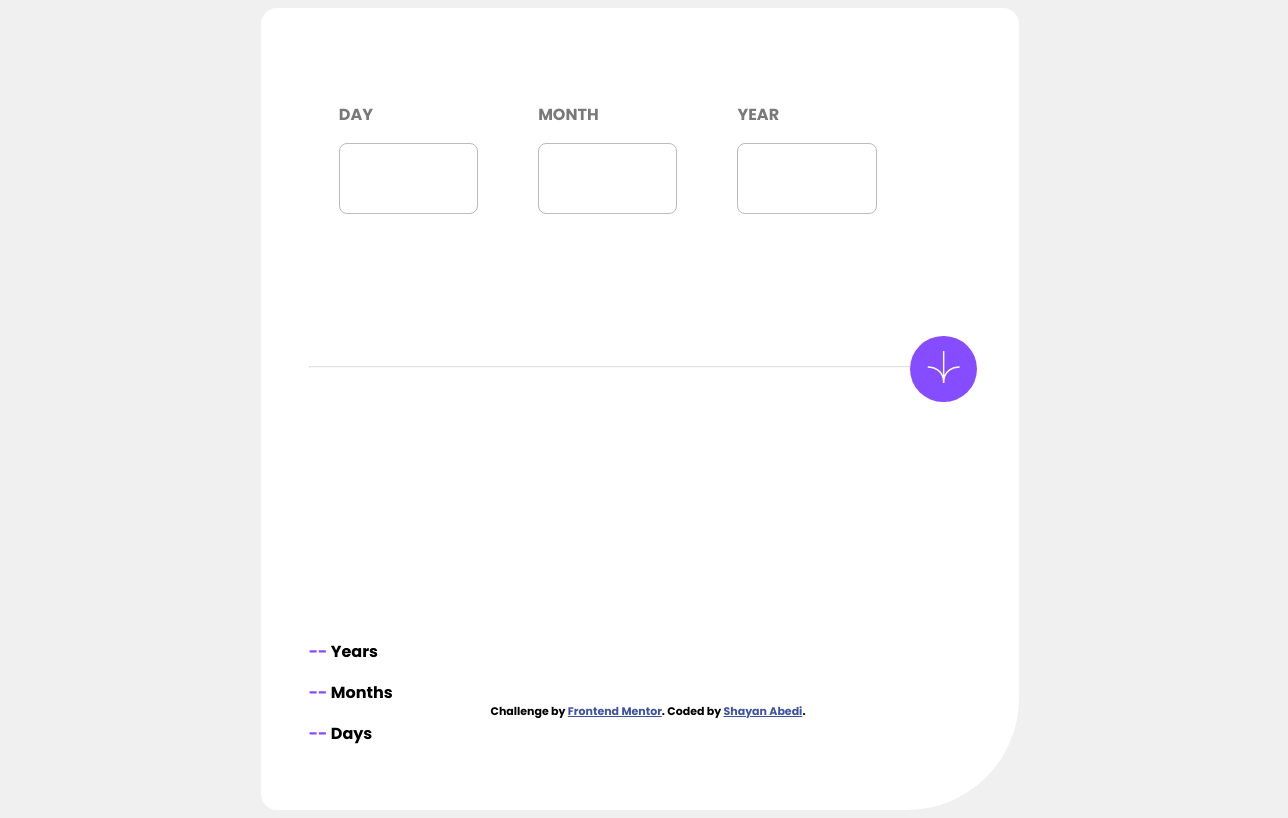
Repository: shayanabedi98/age-calculator
Page: index.html
The author's editor kept a copy of each file at every save. The page is drawn from the files as they stood at one save, then again after the next save.
The browser window is 1280 px wide. The page is 1288 px wide, so the pictures cover 1288 px, including what lies to the right of the window. The pictures show the whole page.

Above is the page before, as saved 2023-09-19 21:06:10.

### index.html
<!DOCTYPE html>
<html lang="en">
<head>
  <meta charset="UTF-8">
  <meta name="viewport" content="width=device-width, initial-scale=1.0">
  <link rel="icon" type="image/png" sizes="32x32" href="./assets/images/favicon-32x32.png">
  <link rel="stylesheet" href="styles.css">
  <title>Frontend Mentor | Age calculator app</title>
</head>
<body>

  <div class="grid-container">
    <div class="dob">
      <div class="day">
        <p>DAY</p>
        <input type="number" min="0" minlength="1" maxlength="2">
      </div>
      <div class="month">
        <p>MONTH</p>
        <input type="number" min="0" minlength="1" maxlength="2">
      </div>
      <div class="year">
        <p>YEAR</p>
        <input type="number" min="0" minlength="1" maxlength="2">
      </div>
    </div>
    <div class="line">
      <button><svg xmlns="http://www.w3.org/2000/svg" width="46" height="44" viewBox="0 0 46 44"><g fill="none" stroke="#FFF" stroke-width="2"><path d="M1 22.019C8.333 21.686 23 25.616 23 44M23 44V0M45 22.019C37.667 21.686 23 25.616 23 44"/></g></svg></button>
      <hr>
    </div>
    <div class="results">
      <p id="age-year"><span>--</span> Years</p>
      <p id="age-month"><span>--</span> Months</p>
      <p id="age-day"><span>--</span> Days</p>
    </div>
  </div>

  <div class="attribution">
    Challenge by <a href="https://www.frontendmentor.io?ref=challenge" target="_blank">Frontend Mentor</a>.
    Coded by <a href="#">Shayan Abedi</a>.
  </div>
  <script src="index.js"></script>
</body>
</html>

### styles.css
@font-face {
    font-family: Poppins-Bold;
    src: url(./assets/fonts/Poppins-Bold.ttf);
}

body {
    font-family: 'Poppins-Bold', sans-serif;
    background-color: rgba(240,240,240,255);
}

.grid-container {
    background-color: white;
    border-radius: 1em 1em 7em 1em;
    text-align: center;
    display: grid;
    grid-template-rows: 1fr 1fr;
    width: 60%;
    margin-left: 20%;
}

.dob {
    display: grid;
    grid-template-columns: 1fr 1fr 3fr;
    text-align: start;
    padding: 3em;
}

.dob p {
    color: rgba(121,121,121,255);
}

.dob input {
    height: 5em;
    width: 10em;
    border: rgb(187, 187, 187) 1px solid;
    border-radius: 0.6em;
}

.day, .month, .year {
    display: grid;
    padding: 30px;
}

.results {
    text-align: start;
    padding: 3em;
}

.results span {
    color: rgba(134,76,255,255);
}

hr {
    opacity: 30%;
    width: 85%;
    margin-left: 3em;
}

.line {
    height: 0px;
}

.line button {
 background-color: rgba(134,76,255,255);
 border-radius: 50%;
 border: none;
 height: 5em;
 width: 5em;
 cursor: pointer;
 position: relative;
 top: 3.3em;
 z-index: 1;
 left: 40%;
}

.line svg {
    width: 2.5em;
}

.attribution {
    font-size: 11px; text-align: center;
    position: absolute;
    bottom: 0;
    width: 100%;
}

.attribution a {
    color: hsl(228, 45%, 44%);
}

Loaded but not shown: index.js (common file)

After the next save:
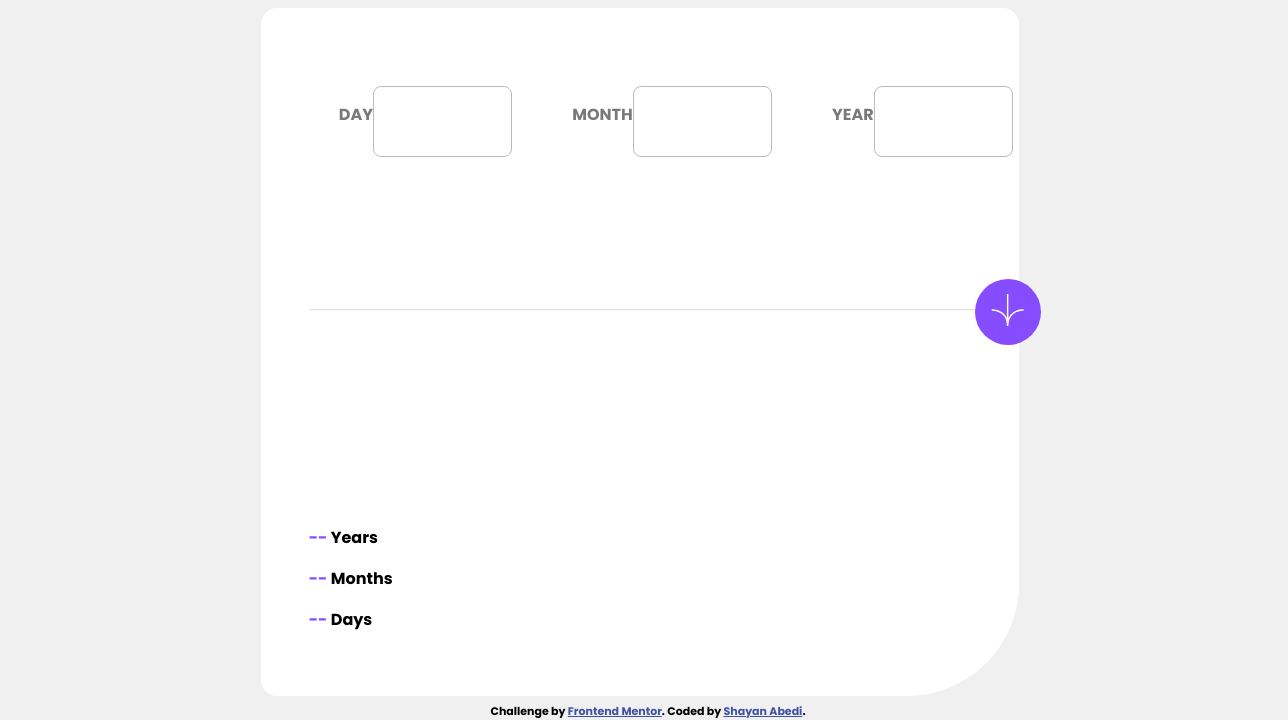
Saved 52 s later.
--- a/styles.css
+++ b/styles.css
@@ -37,7 +37,7 @@
 }
 
 .day, .month, .year {
-    display: grid;
+    display: flex;
     padding: 30px;
 }
 

After the 2 saves that followed:
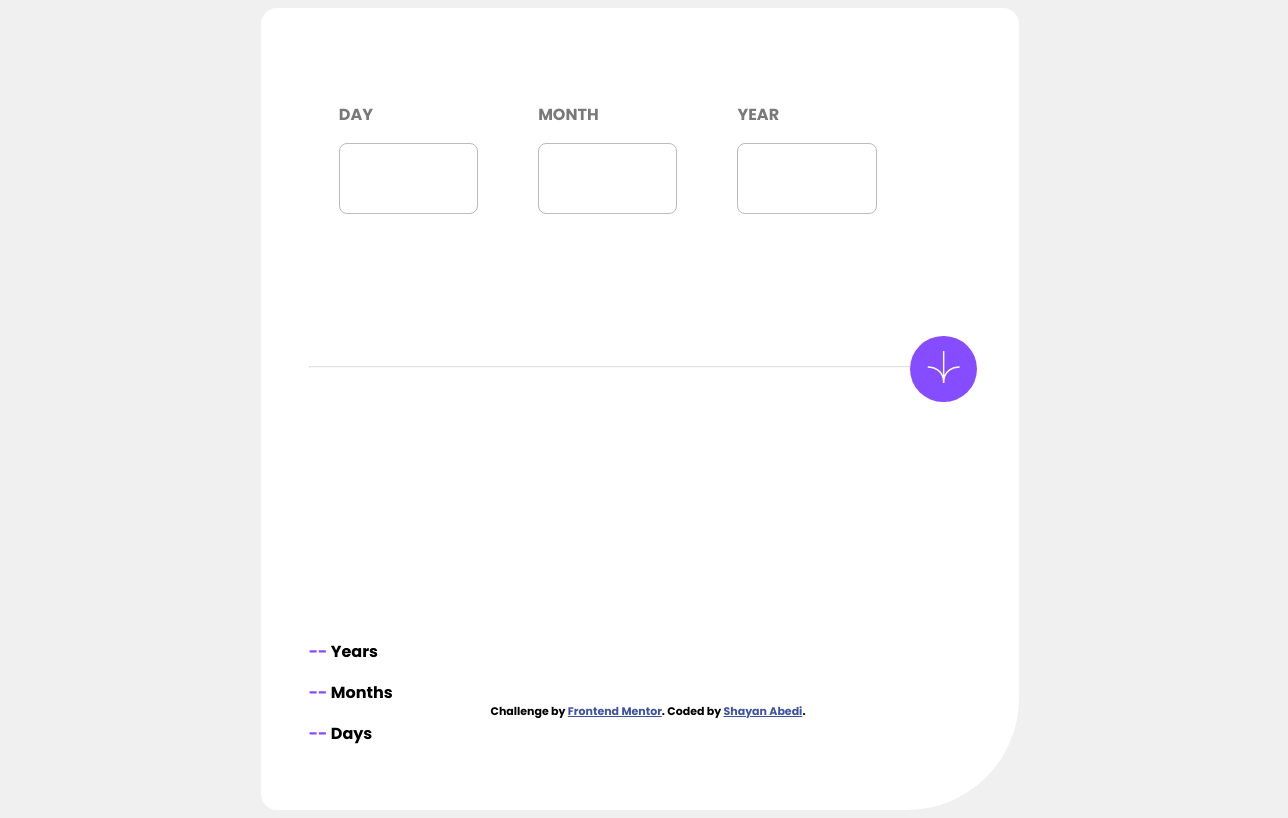
The 2 saves are shown as one change because they came seconds apart.
The last was saved 27 s later.
--- a/styles.css
+++ b/styles.css
@@ -37,7 +37,7 @@
 }
 
 .day, .month, .year {
-    display: flex;
+    display: grid;
     padding: 30px;
 }
 
